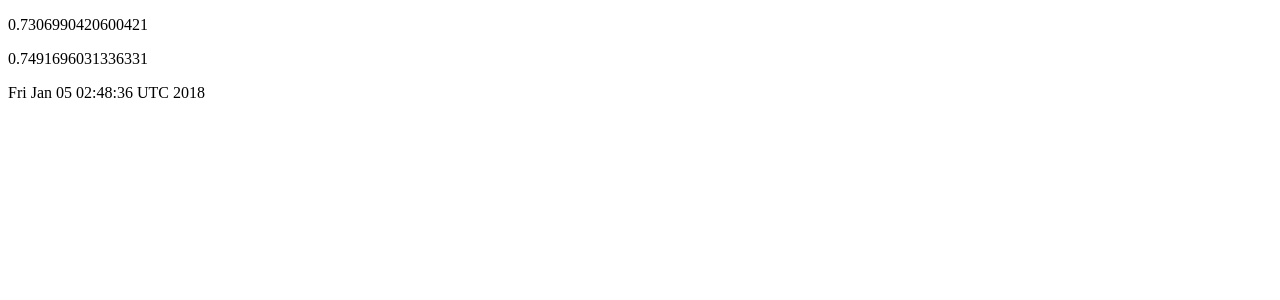
Repository: nhikaru/backup
Page: http://localhost/HelloJSP/
These files come from the project's save history. The page is drawn as it stood at one moment and after the next save; the edit follows.
The browser window is 1280 px wide. The pictures show the whole page.
The page is served by Tomcat 9.

Above is the page before, as saved 2018-01-05 04:37:24.

### HelloJSP/WebContent/index.jsp
<%@ page language="java" contentType="text/html; charset=UTF-8"
    pageEncoding="UTF-8"%>
<!DOCTYPE html>
<html>
<head>
<meta charset="UTF-8">
<title>TEST</title>
</head>
<body>
<%!
static int countA=0;
%>
<%
int countB=0;
countA++;
countB++;
%>
<p><%out.println(Math.random());%></p>
<p><%=Math.random() %></p>
<% out.println(new java.util.Date()); %>
</body>
</html>

After the next save:
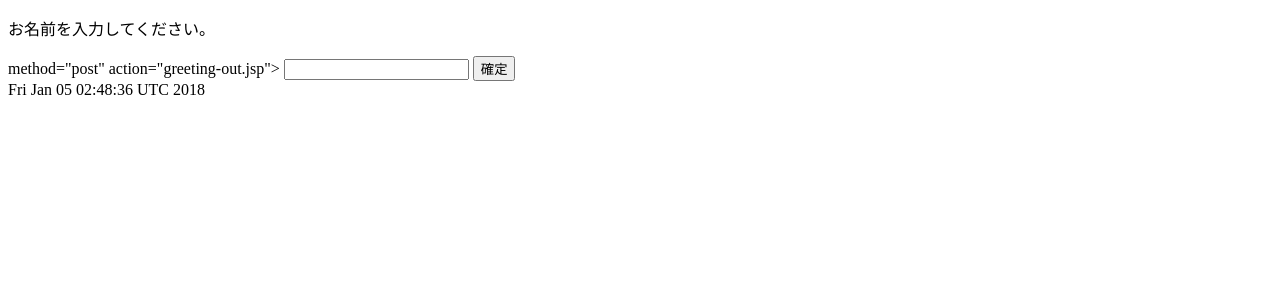
Saved 4 min 5 s later.
--- a/HelloJSP/WebContent/index.jsp
+++ b/HelloJSP/WebContent/index.jsp
@@ -7,16 +7,11 @@
 <title>TEST</title>
 </head>
 <body>
-<%!
-static int countA=0;
-%>
-<%
-int countB=0;
-countA++;
-countB++;
-%>
-<p><%out.println(Math.random());%></p>
-<p><%=Math.random() %></p>
+<p>お名前を入力してください。</p>
+<form> method="post" action="greeting-out.jsp">
+<input type="text" name="user">
+<input type="submit" value="確定">
+</form>
 <% out.println(new java.util.Date()); %>
 </body>
 </html>
